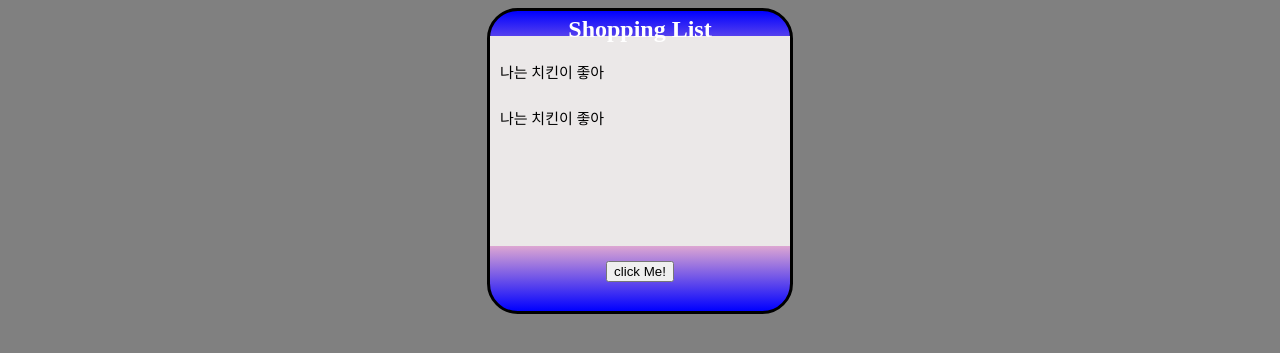
Repository: DevMinwoo-Jung/JavaScript101
Page: WebApIs/shoppingApp/index.html
An editor plug-in stored every save of this project. The page is shown before and after the next save, followed by the edit.
The browser window is 1280 px wide. The pictures show the whole page.

Above is the page before, as saved 2021-06-14 13:07:24.

### WebApIs/shoppingApp/index.html
<!DOCTYPE html>
<html lang="en">
<head>
  <meta charset="UTF-8">
  <meta http-equiv="X-UA-Compatible" content="IE=edge">
  <meta name="viewport" content="width=device-width, initial-scale=1.0">
  <title>Document</title>
</head>
<link rel="stylesheet" href="style.css" />
<body>
  <div class="list__div">
    <div class="list__div__top">
      <h2>Shopping List</h2>
    </div>
    <div class="item__list">
      <p>나는 치킨이 좋아</p>
      <p>나는 치킨이 좋아</p>
      <input class="input__box" type="text">
    </div>
    <div class="button__div">
      <button class="addItem">click Me!</button>
    </div>
  </div>
</body>
<script src="main.js" defer></script>
</html>

### WebApIs/shoppingApp/style.css
:root {
  --topAndBottom-height: 20px;
  --background-color: rgb(235, 232, 232);
}

body {
  background-color: grey;
}

.list__div {
  margin: auto;
  display: block;
  height: 300px;
  text-align: center;
  border: solid;
  position: relative;
  width: 300px;
  border-radius: 10%;
  background: linear-gradient(blue, pink, 50%, pink, blue);
}

.list__div__top {
  height: var(--topAndBottom-height);
}

.list__div__top h2 {
  margin: 5px;
  color: white;
}

.item__list {
  height: 210px;
  background-color: var(--background-color);
  overflow: scroll;
}

.item__list p {
  text-align: left;
  padding-left: 10px;
  padding-top: 10px;
  font-size: 15px;
  margin-bottom: 5px;
}

.item__list__input {
  bottom: 10px;
}

.button__div .addItem {
  margin-top: 15px;
}

input {
  width: 295px;
  border: 0px;
  margin-top: 120px;
}

.input__box {
}

### WebApIs/shoppingApp/main.js
const addButton = document.querySelector('.addItem');
const inputBox = document.querySelector('.input__box');
let inputValue = document.querySelector('.input__box');
const newP =

inputBox.addEventListener('keyup', (e) => {
  if(e.key == 'Enter'){
   console.log(inputValue.value);
    inputValue.value = '';
  };

});

addButton.addEventListener('click', () => {
  let newP = document.createElement("p");
  let newContent = document.createTextNode(inputValue.value);
  let currentP = document.querySelector('.item__list p');

  newP.appendChild(newContent);
  currentP.parentNode.insertBefore(newP, currentP.nextSibling);
  inputValue.value = '';
  // console.log(inputValue.value);
  // console.log(currentP);
  // console.log(newP.appendChild(newContent));
  // currentP.insertBefore(newP, currentP);

});

After the next save:
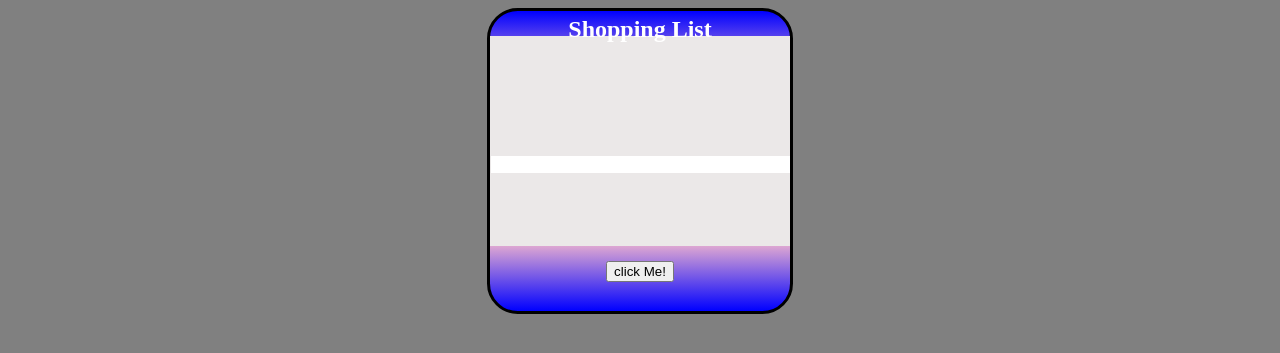
Saved 22 s later.
--- a/WebApIs/shoppingApp/index.html
+++ b/WebApIs/shoppingApp/index.html
@@ -13,8 +13,7 @@
       <h2>Shopping List</h2>
     </div>
     <div class="item__list">
-      <p>나는 치킨이 좋아</p>
-      <p>나는 치킨이 좋아</p>
+
       <input class="input__box" type="text">
     </div>
     <div class="button__div">
